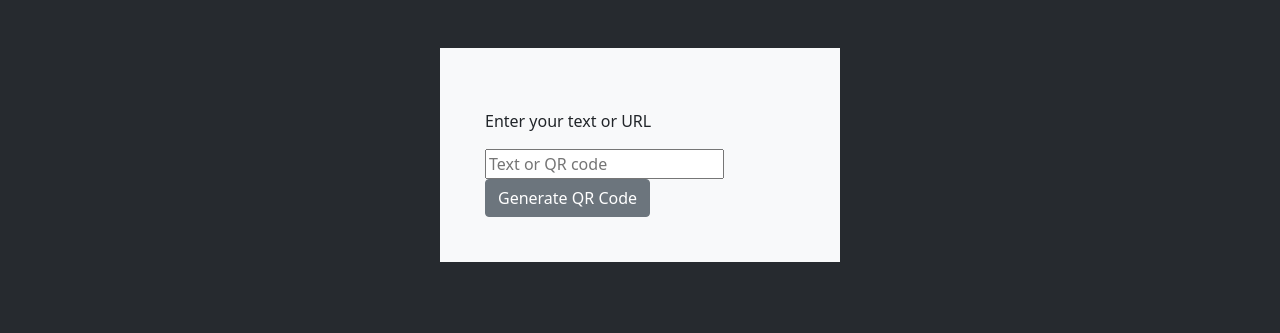
Repository: zeinawady/Qr-Code-Generator-App
Page: index.html
The author's editor kept a copy of each file at every save. The page is drawn from the files as they stood at one save, then again after the next save.
The browser window is 1280 px wide. The pictures show the whole page.

Above is the page before, as saved 2024-10-30 00:28:31.

After the next save:
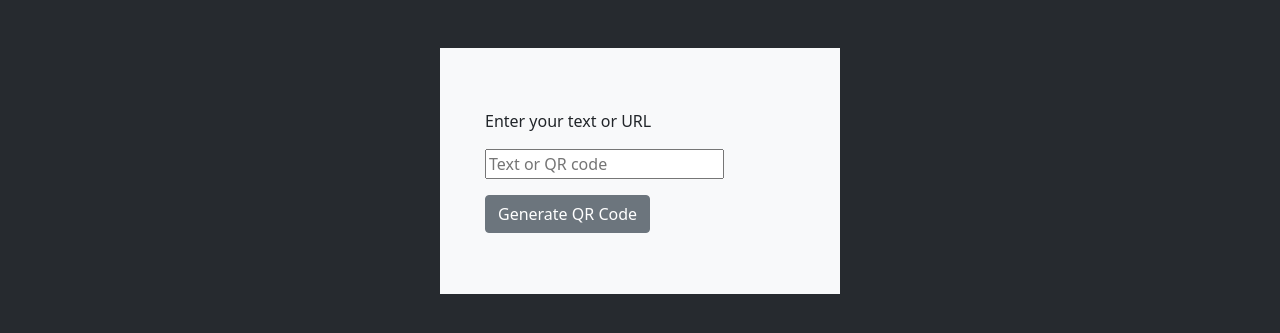
Saved 7 s later.
--- a/index.html
+++ b/index.html
@@ -13,7 +13,7 @@
    <div class="qr-container">
 <p class="my-3">Enter your text or URL</p>
 <input type="text" placeholder="Text or QR code">
-<button class="btn btn-secondary">Generate QR Code</button>
+<button class="btn btn-secondary my-3">Generate QR Code</button>
    </div>
 </div>
 
